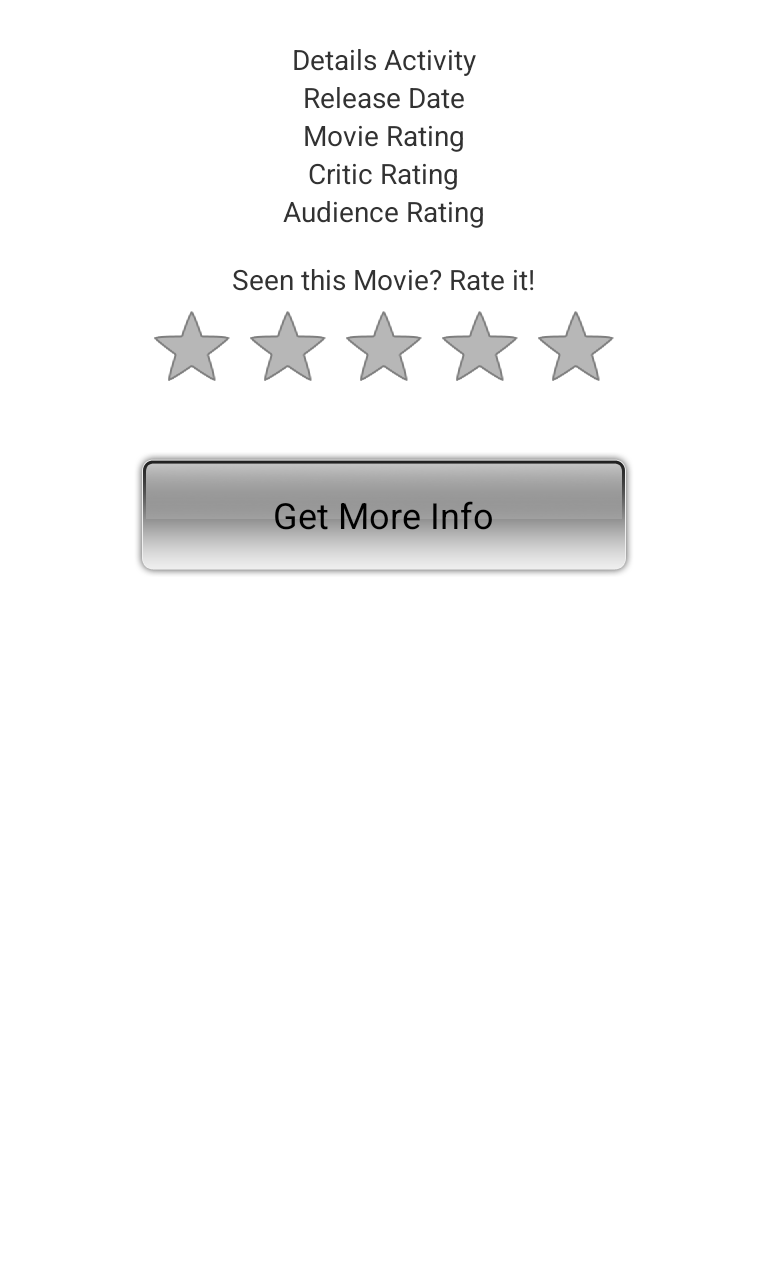
Repository: efreestone/Java2_Freestone
Layout: Java2Project2/res/layout/activity_details.xml
These files come from the project's save history. The layout is drawn as it stood at one moment and after the next save; the edit follows.
It is drawn on a 768 x 1280 px phone screen (xhdpi) without system bars, with theme AppTheme; the app's code is not run.

Above is the layout before, as saved 2014-05-16 01:37:57.

### Java2Project2/res/layout/activity_details.xml
<?xml version="1.0" encoding="utf-8"?>
<LinearLayout xmlns:android="http://schemas.android.com/apk/res/android"
    android:layout_width="match_parent"
    android:layout_height="match_parent"
    android:orientation="vertical"
    android:gravity="center_horizontal"
    android:paddingTop="20dp">

    <TextView
        android:id="@+id/titleTextView"
        android:layout_width="wrap_content"
        android:layout_height="wrap_content"
        android:text="Details Activity" />

    <TextView
        android:id="@+id/releaseTextView"
        android:layout_width="wrap_content"
        android:layout_height="wrap_content"
        android:text="Release Date" />

    <TextView
        android:id="@+id/movieRatingTextView"
        android:layout_width="wrap_content"
        android:layout_height="wrap_content"
        android:text="Movie Rating" />

    <TextView
        android:id="@+id/criticRatingTextView"
        android:layout_width="wrap_content"
        android:layout_height="wrap_content"
        android:text="Critic Rating" />

    <TextView
        android:id="@+id/audienceRatingTextView"
        android:layout_width="wrap_content"
        android:layout_height="wrap_content"
        android:text="Audience Rating" />

    <TextView
        android:id="@+id/ratingsBarTitle"
        android:layout_width="wrap_content"
        android:layout_height="wrap_content"
        android:paddingTop="15dp"
        android:text="@string/ratingBarTitleString" />

    <RatingBar
        android:id="@+id/movieRatingBar"
        android:layout_width="wrap_content"
        android:layout_height="wrap_content"
        android:paddingBottom="15dp" />

    <Button
        android:id="@+id/moreInfoButton"
        android:layout_width="wrap_content"
        android:layout_height="wrap_content"
        android:layout_gravity="center"
        android:layout_margin="5dp"
        android:background="@drawable/button_background"
        android:clickable="true"
        android:text="@string/moreInfoButtonString"
        android:width="250dp" />

</LinearLayout>

### Java2Project2/res/values/strings.xml
<?xml version="1.0" encoding="utf-8"?>
<resources>

    <string name="app_name">What 2 Watch</string>
    <string name="detail_name">Details Activity</string>
    <string name="action_settings">Settings</string>
    <string name="titleString">DVD New Releases</string>

    <string name="buttonString">Get New Releases</string>
    <string name="moreInfoButtonString">Get More Info</string>

    <string name="ratingBarTitleString">Seen this Movie? Rate it!</string>

    <!-- Connection Alert strings -->
    <string name="noConnectionTitle">Connection Error</string>
    <string name="noConnectionAlert">This application requires internet access. Please check your network connection and try again.</string>

    <string name="noFileTitle">File does not exist</string>
    <string name="noFileAlert">The file does not exist on your device so it was requested from the API. Select Get New Releases to update the ListView</string>

    <string name="ratingSelectedTitle">Movie Rated</string>

</resources>

### Java2Project2/res/drawable-hdpi/button_background.xml
<?xml version="1.0" encoding="utf-8"?>
<selector xmlns:android="http://schemas.android.com/apk/res/android" >
    <!-- Button Image when pressed -->
    <item
        android:drawable="@drawable/gradient_pressed_9patch"
        android:state_pressed="true"/>

    <!-- Button Image -->
    <item
        android:drawable="@drawable/gradient_9patch"/>



</selector>

### Java2Project2/res/drawable-ldpi/button_background.xml
<?xml version="1.0" encoding="utf-8"?>
<selector xmlns:android="http://schemas.android.com/apk/res/android" >
    <!-- Button Image when pressed -->
    <item
        android:drawable="@drawable/gradient_pressed_9patch"
        android:state_pressed="true"/>

    <!-- Button Image -->
    <item
        android:drawable="@drawable/gradient_9patch"/>



</selector>

### Java2Project2/res/drawable-mdpi/button_background.xml
<?xml version="1.0" encoding="utf-8"?>
<selector xmlns:android="http://schemas.android.com/apk/res/android" >
    <!-- Button Image when pressed -->
    <item
        android:drawable="@drawable/gradient_pressed_9patch"
        android:state_pressed="true"/>

    <!-- Button Image -->
    <item
        android:drawable="@drawable/gradient_9patch"/>



</selector>

### Java2Project2/res/drawable-xhdpi/button_background.xml
<?xml version="1.0" encoding="utf-8"?>
<selector xmlns:android="http://schemas.android.com/apk/res/android" >
    <!-- Button Image when pressed -->
    <item
        android:drawable="@drawable/gradient_pressed_9patch"
        android:state_pressed="true"/>

    <!-- Button Image -->
    <item
        android:drawable="@drawable/gradient_9patch"/>



</selector>

### Java2Project2/res/drawable-xxhdpi/button_background.xml
<?xml version="1.0" encoding="utf-8"?>
<selector xmlns:android="http://schemas.android.com/apk/res/android" >
    <!-- Button Image when pressed -->
    <item
        android:drawable="@drawable/gradient_pressed_9patch"
        android:state_pressed="true"/>

    <!-- Button Image -->
    <item
        android:drawable="@drawable/gradient_9patch"/>



</selector>

Loaded but not shown: Java2Project2/res/values/styles.xml (common file); Java2Project2/res/values-v11/styles.xml (common file); Java2Project2/res/values-v14/styles.xml (common file)

After the next save:
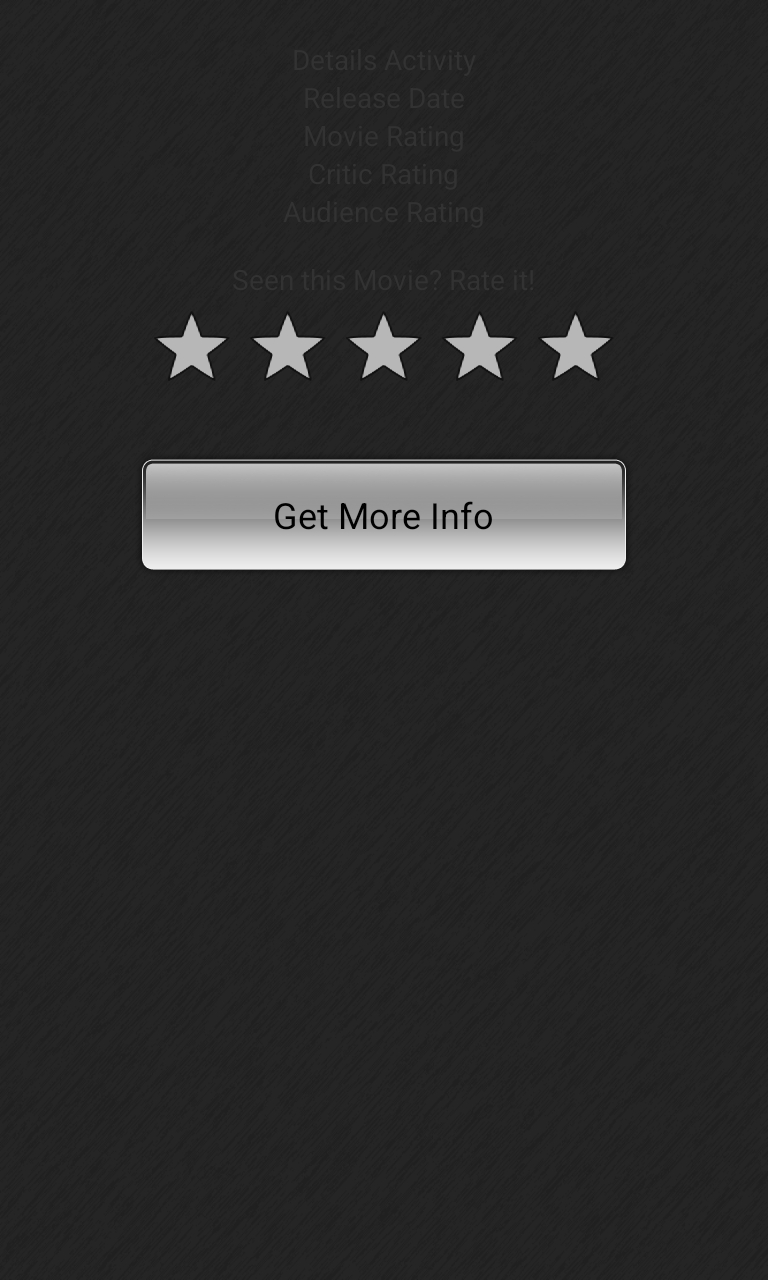
Saved 52 s later.
--- a/Java2Project2/res/layout/activity_details.xml
+++ b/Java2Project2/res/layout/activity_details.xml
@@ -2,6 +2,7 @@
 <LinearLayout xmlns:android="http://schemas.android.com/apk/res/android"
     android:layout_width="match_parent"
     android:layout_height="match_parent"
+    android:background="@drawable/main_background"
     android:orientation="vertical"
     android:gravity="center_horizontal"
     android:paddingTop="20dp">
